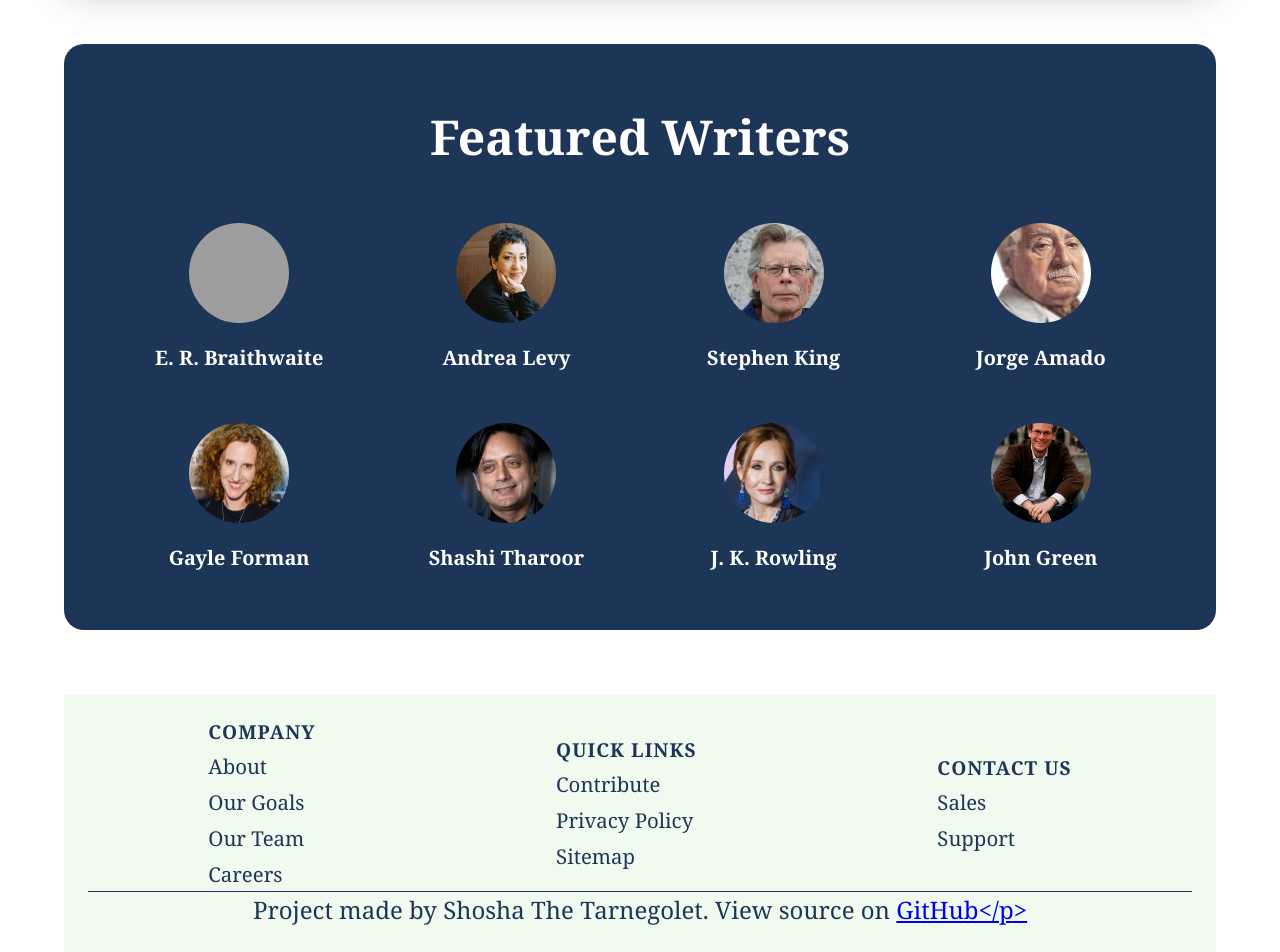
Repository: ShoshaTheTarnegolet/landing-page
Page: index.html
These files come from the project's save history. The page is drawn as it stood at one moment and after a run of saves; the edit follows.
The browser window is 1280 px wide. The pictures show the part of the page from y = 3209 to 4161 px (the page is 4161 px tall).
Pictures or frames that could not be fetched are drawn as grey boxes. A picture or video elsewhere on the page could not be fetched, so the positions and the page height are approximate. Some web libraries are served in a nearby version.

Above is the page before, as saved 2021-12-30 14:47:27.

After the next 2 saves:
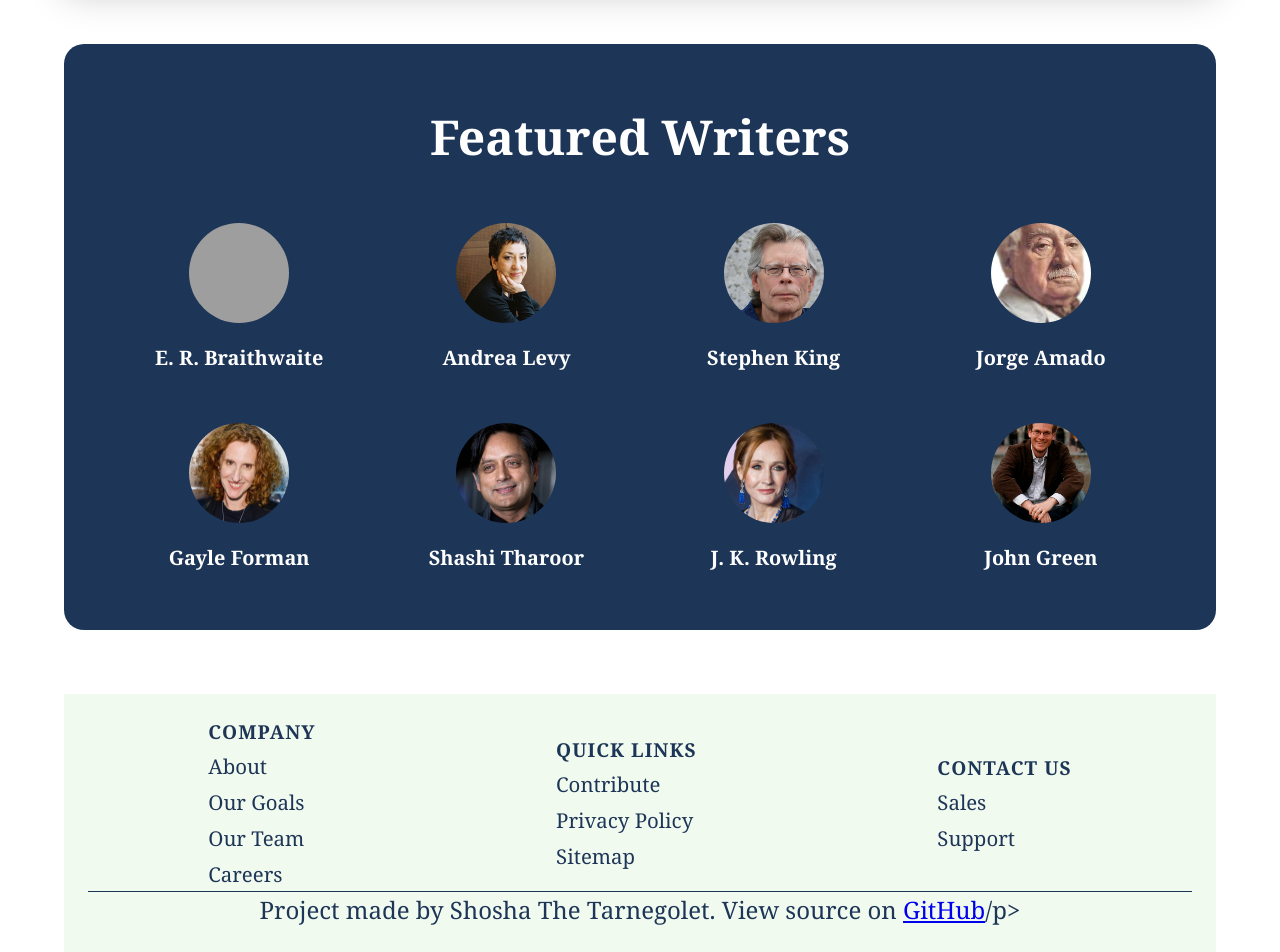
The 2 saves are shown as one change because they came seconds apart.
The last was saved 6 s later.
--- a/index.html
+++ b/index.html
@@ -292,7 +292,7 @@
         </nav>
       </div>
       <div class="copyright">
-        <p>   Project made by Shosha The Tarnegolet. View source on <a href="https://github.com/ShoshaTheTarnegolet/landing-page/">GitHub<</di>/p>
+        <p>   Project made by Shosha The Tarnegolet. View source on <a href="https://github.com/ShoshaTheTarnegolet/landing-page/">GitHub</a></di>/p>
             </div>
       </footer>
     <script src="./app.js"></script>
